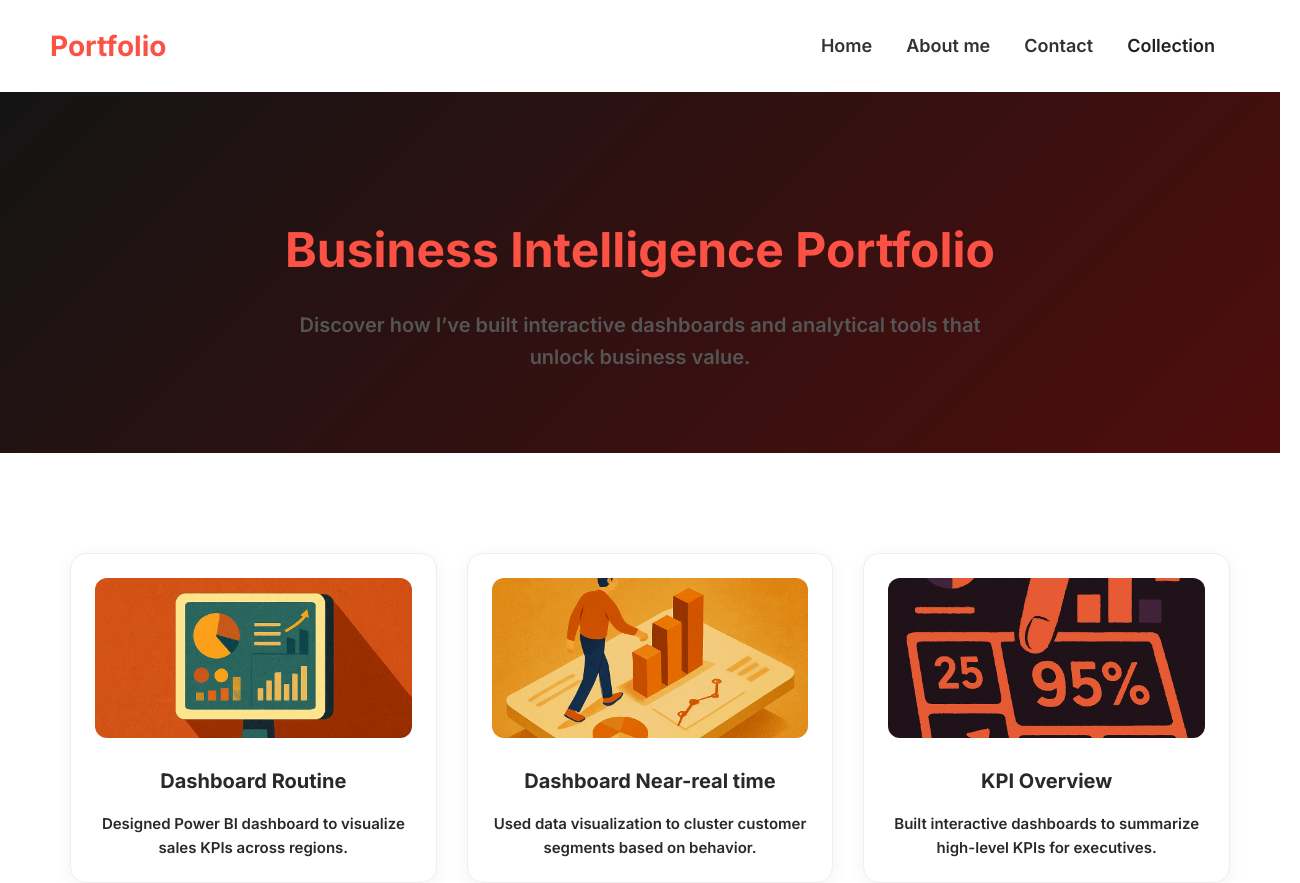
Repository: Wipas1919/Archive-portfolio
Page: projects/bi-solutions.html
The author's editor kept a copy of each file at every save. The page is drawn from the files as they stood at one save, then again after the next save.
The browser window is 1280 px wide. The page is 1300 px wide, so the pictures cover 1300 px, including what lies to the right of the window. The pictures show the whole page.

Above is the page before, as saved 2025-06-01 20:59:12.

### projects/bi-solutions.html
<!-- Cleaned and updated on 2025-05-25 -->
<!DOCTYPE html>
<html lang="en">
<head>
  <meta charset="UTF-8" />
  <meta name="viewport" content="width=device-width, initial-scale=1.0"/>
  <title>Business Intelligence | Portfolio</title>
  <link href="https://fonts.googleapis.com/css2?family=Inter:wght@600;700&display=swap" rel="stylesheet">
  <link rel="stylesheet" href="../style/main.css">
  <style>
    body {
      font-family: 'Inter', sans-serif;
    }
    .cover {
      background: linear-gradient(135deg, #141414, #4f0d0d);
      padding: 80px 20px;
      text-align: center;
    }
    .cover h1 {
      font-size: 48px;
      color: #fc5246;
      margin-bottom: 20px;
    }
    .cover p {
      font-size: 20px;
      color: #555;
      max-width: 700px;
      margin: 0 auto;
    }

    .project-cards h3 {
      text-align: center;
      font-size: 28px;
      margin-top: 60px;
      margin-bottom: 30px;
    }

    .card-grid {
      display: grid;
      grid-template-columns: repeat(auto-fit, minmax(280px, 1fr));
      gap: 30px;
      padding: 0 20px;
    }

    .card {
      display: block;
      background: #fff;
      border-radius: 16px;
      box-shadow: 0 4px 20px rgba(0, 0, 0, 0.05);
      padding: 24px;
      text-align: center;
      transition: transform 0.3s;
      text-decoration: none !important;
      color: inherit !important;
      cursor: pointer;
    }

    .card:hover {
      transform: translateY(-5px);
    }

    .card img {
      width: 100%;
      height: 160px;
      object-fit: cover;
      border-radius: 12px;
      margin-bottom: 16px;
    }

    .card h4 {
      font-size: 20px;
      margin-bottom: 8px;
      color: #222;
    }

    .card p {
      color: #666;
      font-size: 15px;
    }

    /* Remove visited/hover/focus/active styles */
    .card:visited,
    .card:hover,
    .card:focus,
    .card:active,
    .card *,
    .card *:visited,
    .card *:hover,
    .card *:focus,
    .card *:active {
      color: inherit !important;
      text-decoration: none !important;
    }

    .dropdown-wrapper {
      position: relative;
      display: inline-block;
    }

    .dropbtn {
      font-weight: 600;
      cursor: pointer;
      color: #222;
      text-decoration: none;
      margin-left: 15px;
    }

    .dropdown-content {
      display: none;
      position: absolute;
      top: 100%;
      right: 0;
      background-color: #ffffff;
      min-width: 220px;
      border-radius: 12px;
      box-shadow: 0 10px 25px rgba(0, 0, 0, 0.08);
      overflow: hidden;
      padding: 10px 0;
      z-index: 999;
    }

    .dropdown-wrapper:hover .dropdown-content {
      display: block;
    }

    .dropdown-content a {
      display: block;
      padding: 12px 20px;
      color: #222;
      text-decoration: none;
      font-size: 15px;
      transition: background-color 0.2s ease, color 0.2s ease;
    }

    .dropdown-content a:hover {
      background-color: #eaeaea;
      color: #fd3a2d;
    }
  </style>
</head>
<body>
  <div id="page-loader"><div class="spinner"></div></div>

  <header>
    <div class="container">
      <h1 class="logo" style="font-family: 'Inter', sans-serif; font-weight: 700; font-size: 28px; color: #fc5246;">Portfolio</h1>
      <nav class="nav-right">
        <a href="../index.html">Home</a>
        <a href="../index.html#about">About me</a>
        <a href="../index.html#contact">Contact</a>
        <div class="dropdown-wrapper">
          <a href="#" class="dropbtn">Collection</a>
          <div class="dropdown-content">
            <a href="data-engineer.html">Data Engineer</a>
            <a href="business-analysis.html">Business Analysis</a>
            <a href="bi-solutions.html">Business Intelligent</a>
            <a href="strategic-data.html">Data-Driven</a>
            <a href="cloud-cert.html">Certification</a>
            <a href="data-integration.html">Data Product</a>
          </div>
        </div>
      </nav>
    </div>
  </header>

  <!-- Cover / Hero Section -->
  <section class="cover">
    <h1>Business Intelligence Portfolio</h1>
    <p>Discover how I’ve built interactive dashboards and analytical tools that unlock business value.</p>
  </section>

  <!-- Project Cards Section -->
  <section class="project-cards container" id="project-cards">
    <div class="card-grid" id="card-container"></div>
  </section>

  <script>
    const cardsContainer = document.getElementById("card-container");
    const projectId = "bi-solutions";

    fetch("../data/projects.json")
      .then(res => res.json())
      .then(data => {
        const p = data[projectId];
        if (!p || !p.projects?.length) {
          cardsContainer.innerHTML = "<p>No projects found.</p>";
          return;
        }
        cardsContainer.innerHTML = p.projects.map(proj => `
          <a href="project.html?id=${proj.slug}" class="card">
            <img src="${proj.image}" alt="${proj.title}" />
            <h4>${proj.title}</h4>
            <p>${proj.description}</p>
          </a>
        `).join("");
      })
      .catch(err => {
        cardsContainer.innerHTML = "<p>Error loading data.</p>";
        console.error(err);
      });
  </script>
</body>
</html>

### style/main.css
/* ตั้งค่าพื้นฐาน */
body {
  margin: 0;
  font-family: 'Poppins', sans-serif;
  background: #ffffff;
  color: #292929;
  line-height: 1.6;
  scroll-behavior: smooth;
  user-select: none;
  -webkit-user-select: none;
  -ms-user-select: none;
}

img {
  max-width: 100%;
  height: auto;
  display: block;
}

.container {
  width: 100%;
  max-width: 1200px;
  margin: 0 auto;
  padding: 0 50px; /* เพิ่ม padding ด้านข้าง */
}

@media screen and (max-width: 767px) {
  .container { padding: 0 16px; }
  .hero h2 { font-size: 36px; }
  .hero p { font-size: 18px; }
  .card-grid { grid-template-columns: 1fr; }
  nav a { font-size: 14px; }
  .hero-content { flex-direction: column; }
  .about-image img { width: 100%; }
}

@media screen and (min-width: 768px) and (max-width: 1024px) {
  .hero h2 { font-size: 48px; }
  .card-grid { grid-template-columns: repeat(2, 1fr); }
}

@media screen and (max-width: 480px) {
  h2, .section-title { font-size: 28px; }
  .hero h2 { font-size: 28px; }
  .hero p, .section-description, .about-text p, .card p { font-size: 16px; }
  .btn { padding: 10px 20px; font-size: 16px; }
}

/* Navbar */
header {
  background: #fff;
  padding: 5px 0;
  display: flex;
  justify-content: space-between;
  align-items: center;
  border-bottom: 0px solid #eee;
  position: sticky;
  top: 0;
  z-index: 100;
}

header .container {
  display: flex;
  align-items: center;
  justify-content: space-between;
}

.logo {
  font-family: 'Poppins', serif;
  font-size: 30px;
  color: #fc5246;
}

nav a {
  margin: 0 15px;
  color: #333;
  text-decoration: none;
  font-weight: 600;
  font-size: 18px;
}

nav a:hover {
  color: #fd3a2d;
}

/* ปุ่มหลักของเมนู dropdown */
.dropdown-wrapper {
  position: relative;
  display: inline-block;
}

.dropbtn {
  font-weight: 600;
  cursor: pointer;
  color: #222;
  transition: color 0.3s ease;
}

.dropbtn:hover {
  color: #fd3a2d;
}

/* เมนูที่แสดงเมื่อ hover */
.dropdown-content {
  display: none;
  position: absolute;
  top: 100%;
  right: 0;
  background-color: #ffffff;
  min-width: 220px;
  border-radius: 12px;
  box-shadow: 0 10px 25px rgba(0, 0, 0, 0.08);
  overflow: hidden;
  padding: 10px 0;
  z-index: 999;
}

/* แสดงเมื่อ hover */
.dropdown-wrapper:hover .dropdown-content {
  display: block;
}

/* ลิงก์ใน dropdown */
.dropdown-content a {
  display: block;
  padding: 12px 20px;
  color: #222;
  text-decoration: none;
  font-size: 15px;
  transition: background-color 0.2s ease, color 0.2s ease;
}

/* Hover effect ของลิงก์ */
.dropdown-content a:hover {
  background-color: #eaeaea;
  color: #fd3a2d;
}

.hero-animation {
  margin-top: 10px;
  display: flex;
  justify-content: right;
}

/* Hero Section */
.hero {
  position: relative;
  height: 60vh;
  display: flex;
  align-items: center;
  justify-content: center;
  flex-direction: column;
  text-align: center;
  background: #151515;
  color: #ededed;
}

#hero-background {
  position: absolute;
  top: 0;
  left: 0;
  width: 100%;
  height: 100%;
  z-index: 0;
}

.hero-content {
  position: relative;
  z-index: 1;
  width: 100%;
  max-width: 1200px;
  padding-left: 5vw;
  padding-right: 5vw;
  text-align: left;
  align-items: flex-start;
}

.hero h2 {
  font-size: 60px;
  margin-bottom: 10px;
  line-height: 1.2;
  color: #ffffff;
}

.hero p {
  font-size: 30px;
  margin-bottom: 30px;
  color: #ffffff;
}

.btn, .hero .btn {
  display: inline-block;
  background: #fd3a2d;
  color: #fff;
  padding: 14px 36px;
  border-radius: 30px;
  text-decoration: none;
  font-weight: bold;
  font-size: 18px;
  transition: background 0.3s;
}

.btn:hover, .hero .btn:hover {
  background: #252525;
}

/* Sections */
section {
  padding: 100px 0;
  text-align: center;
}

/* About Section */
.about-grid {
  display: flex;
  align-items: center;
  justify-content: center;
  gap: 50px;
  flex-wrap: wrap;
}

.about-image img {
  width: 500px;
  height: auto;
  object-fit: cover;
  border-top-left-radius: 0;
  border-top-right-radius: 0;
  border-bottom-left-radius: 200px;
  border-bottom-right-radius: 200px;
}

.about-text {
  max-width: 500px;
  text-align: left;
}

.about-text h2 {
  margin-bottom: 20px;
}

.about-text p {
  font-size: 18px;
  color: #666;
}

/* Timeline */
.timeline-item {
  position: relative;
  margin-bottom: 30px;
}

.timeline-dot {
  width: 14px;
  height: 14px;
  background-color: #fd3a2d;
  border-radius: 50%;
  position: absolute;
  left: -8px;
  top: 0;
}

.timeline-content {
  margin-left: 20px;
}

.timeline-content h4 {
  margin: 0;
  font-size: 18px;
  color: #333;
  font-weight: 600;
}

.timeline-content p {
  margin: 5px 0 0;
  font-size: 16px;
  color: #666;
}

/* Projects Section */
#projects {
  margin-bottom: 10px;
}

.card-grid {
  display: grid;
  grid-template-columns: repeat(3, 1fr); /* สำคัญ: 3 คอลัมน์ */
  gap: 20px;
  margin-top: 100px;
}


.card {
  background: #ffffff;
  padding: 30px;
  border-radius: 12px;
  max-height: 280px;
  text-align: center;
  transition: box-shadow 0.3s;
  border: 1px solid #eee;
}

.card:hover {
  box-shadow: 0 8px 20px rgba(0, 0, 0, 0.1);
}

.card-icon img {
  width: 40px;
  height: 40px;
  margin-bottom: 20px;
}

.card h3 {
  font-size: 18px;
  margin-bottom: 15px;
  color: #333;
}

.card p {
  font-size: 16px;
  color: #666;
}

/* Contact Section */
.contact {
  background: rgba(255, 255, 255, 0.5); /* 1 = โปร่งแสง 50% */
  text-align: center;
}

.section-subtitle {
  text-transform: uppercase;
  font-size: 18px;
  letter-spacing: 1.5px;
  color: #4e4e4e;
  margin-bottom: 10px;
}

h2 {
  font-size: 36px;
  color: #292929
}


.section-title {
  font-size: 36px;
  margin-bottom: 10px;
  color: #2e2e2e;
}

.section-description {
  font-size: 18px;
  margin-bottom: 40px;
  color: #4e4e4e;
}

.contact-grid {
  display: grid;
  grid-template-columns: repeat(auto-fit, minmax(280px, 1fr));
  gap: 20px;
  margin-top: 40px;
}

.contact-card.glass {
  background: rgba(255, 255, 255, 0.15);
  backdrop-filter: blur(12px);
  -webkit-backdrop-filter: blur(12px);
  border-radius: 20px;
  padding: 24px;
  border: 1px solid rgba(255, 255, 255, 0.3);
  box-shadow: 0 8px 32px rgba(0, 0, 0, 0.1);
  transition: transform 0.3s ease, box-shadow 0.3s ease;
  text-align: center;
}

.contact-card.glass:hover {
  transform: scale(1.05);
  box-shadow: 0 12px 28px rgba(0, 0, 0, 0.15);
}

.contact-icon {
  display: flex;
  flex-direction: column;
  align-items: center;
  justify-content: center; /* 🔥 เพิ่มบรรทัดนี้เพื่อจัดไอคอนแนวดิ่ง */
  height: 100px; /* ✅ ปรับความสูงให้เหมาะสม */
  margin-bottom: 12px;
}


.contact-icon img {
  width: 48px;
  height: 48px;
  margin-bottom: 12px;
  transition: transform 0.3s ease;
}

.contact-card.glass:hover .contact-icon img {
  transform: scale(1.15);
}

/* Footer */
footer {
  background: #f5f5f5;
  padding: 20px 0;
  font-size: 14px;
  color: #4d4d4d;
}

.footer-container {
  display: flex;
  justify-content: space-between;
  align-items: center;
  flex-wrap: wrap;
}

.social-links {
  display: flex;
  gap: 20px;
}

.social-links a img {
  width: 30px;
  height: 30px;
  transition: transform 0.3s ease;
}

.social-links a img:hover {
  transform: scale(1.2);
}

#hero-background {
  position: absolute;
  top: 0;
  left: 0;
  height: 100%;
  width: 100%;
  z-index: 0;
  overflow: hidden;
}
.hero-content {
  position: relative;
  z-index: 1;
}

/* animation-data */
.hero-content {
  display: flex;
  justify-content: space-between;
  align-items: center;
  flex-wrap: wrap;
  gap: 40px;
}

.hero-text {
  flex: 1 1 55%;
}

.hero-animation {
  flex: 1 1 40%;
  display: flex;
  justify-content: center;
  align-items: center;
}

/* ===== Page Loader & Smooth Scroll ===== */
html{scroll-behavior:smooth;}

#page-loader{
  position:fixed;inset:0;display:grid;place-items:center;
  background:#ffffff;z-index:9999;opacity:1;
  transition:opacity .0.5s ease;
}
#page-loader .spinner{
  width:32px;height:32px;border:4px solid #e5e5e5;
  border-top-color:#ff694b;border-radius:50%;
  animation:spin .8s linear infinite;
}
@keyframes spin{to{transform:rotate(360deg)}}

body.loaded #page-loader{opacity:0;pointer-events:none;}
body.fade-out{opacity:0;transition:opacity .0.5s ease;}

@keyframes hideLoaderFallback{to{opacity:0;pointer-events:none;}}
#page-loader{animation:hideLoaderFallback 0.5s forwards 0.5s;}



/* ====  Reusable Card Component  ================================== */
.card {
  background: #ffffff;
  border: 1px solid #eee;
  border-radius: 12px;
  padding: 24px;
  text-align: center;
  box-shadow: 0 4px 12px rgba(0,0,0,.05);
  transition: transform .3s ease, box-shadow .3s ease;
}
.card:hover {
  transform: translateY(-6px);
  box-shadow: 0 12px 25px rgba(0,0,0,.1);
}

.card__icon{
  display:flex;
  flex-direction:column;
  align-items:center;
  justify-content:center;
  height:100px;
  margin-bottom:12px;
}
.card__icon img{
  width:48px;
  height:48px;
  transition: transform .3s ease;
}
.card:hover .card__icon img{
  transform:scale(1.15);
}

/* Variant – project card (clickable) */
.card--project{cursor:pointer;}

/* Variant – glassmorphism contact card */
.card--glass{
  background: rgba(255,255,255,.15);
  backdrop-filter: blur(12px);
  -webkit-backdrop-filter: blur(12px);
  border: 1px solid rgba(255,255,255,.3);
  box-shadow: 0 8px 32px rgba(0,0,0,.1);
}

/* Grids */

.card-grid--contact{
  display:grid;
  grid-template-columns: repeat(auto-fit,minmax(280px,1fr));
  gap:20px;
  margin-top:40px;
}

/* Remove legacy duplicate styles */
.contact-card, .contact-card.glass, .glass-card{
}/* project */

.project-blog {
  max-width: 800px;
  margin: 80px auto;
  padding: 0 20px;
  font-family: 'Inter', sans-serif;
}

.project-blog h1 {
  font-size: 36px;
  font-weight: 700;
  margin-bottom: 20px;
  text-align: center;
  color: #222;
}

.project-blog .tag {
  display: inline-block;
  background: #eeeeee;
  color: #333;
  padding: 6px 12px;
  margin: 0 8px 20px 0;
  border-radius: 20px;
  font-size: 14px;
}

.project-blog p {
  font-size: 18px;
  color: #444;
  line-height: 1.7;
  margin-bottom: 24px;
}

.project-blog img {
  width: 100%;
  border-radius: 10px;
  margin: 30px 0;
  box-shadow: 0 8px 30px rgba(0,0,0,0.08);
}

/* button */
.back-float-btn {
  position: fixed;
  bottom: 30px;
  left: 50%;
  transform: translateX(-50%);
  background-color: #fc5246;
  color: white;
  padding: 10px 24px;
  font-size: 14px;
  border-radius: 30px;
  box-shadow: 0 4px 16px rgba(0, 0, 0, 0.1);
  cursor: pointer;
  z-index: 9999;
  text-align: center;
  font-family: 'Inter', sans-serif;
  transition: background 0.3s ease;
  width: auto;       /* ปรับให้ขนาดพอดีกับเนื้อหา */
  max-width: 200px;  /* จำกัดไม่ให้ปุ่มกว้างเกินไป */
}

.back-float-btn:hover {
  background-color: #e6483c;
}

@media (max-width: 768px) {
  .back-float-btn {
    padding: 9px 18px;
    font-size: 13px;
    bottom: 20px;
  }
/* ===== FINAL OVERRIDE ===== */
.contact-card a {
  color: inherit !important;
  text-decoration: none !important;
}

.contact-card a:visited {
  color: inherit !important;
  text-decoration: none !important;
}

.contact-card a:hover,
.contact-card a:focus,
.contact-card a:active {
  color: inherit !important;
  text-decoration: none !important;
}

/* ===== Card grid (Projects) enforce 3-column on desktop ===== */
@media (min-width: 1024px){
  .card-grid--projects{
    grid-template-columns: repeat(3, 1fr);
  }
}
/* 2 columns on tablets */
@media (min-width: 640px) and (max-width: 1023px){
  .card-grid--projects{
    grid-template-columns: repeat(2, 1fr);
  }
}
/* 1 column on small screens (default) */
}

/* ===== DESKTOP-ONLY MODE (CSS BLOCK) =====
   Hide entire site below 1024px width and show full-screen notice
--------------------------------------------------------------- */
@media (hover: none) and (pointer: coarse){
  /* Hide all real content */
  body > * { display: none !important; }

  /* Full-screen notice */
  body::before{
    content: "This site is designed for desktop browsers only.\A Please visit on a larger screen.";
    white-space: pre-line;
    position: fixed;
    inset: 0;
    background: #ffffff;
    color: #000000;
    padding: 40px 24px;
    display: flex;
    align-items: center;
    justify-content: center;
    font-family: "Poppins", sans-serif;
    font-size: 18px;
    line-height: 1.4;
    text-align: center;
    z-index: 99999;
  }

  /* Prevent horizontal scroll */
  html, body{ overflow: hidden; }
}

.project-blog strong {
  font-size: 1.4em;   /* 110 % ของขนาดปกติในย่อหน้านั้น */
  font-weight: 800;
}

### data/projects.json
{
  "data-engineer": {
    "projects": [
      {
        "title": "End-to-End Data Engineering Journey",
        "slug": "End-to-End Data Engineering Journey",
        "description": "Full-stack ETL pipeline implementation",
        "image": "/images/data-engineers.jpg"
      },
      {
        "title": "End-to-End Data Infrastructure Planning",
        "slug": "End-to-End Data Infrastructure Planning",
        "description": "Process Design Fundamental",
        "image": "/images/data-foundamatal.jpg"
      },
      {
        "title": "Data Governance",
        "slug": "Data Governance",
        "description": "Designing and implementing a hybrid data governance framework",
        "image": "/images/data-governance.jpg"
      }
    ]
  },
  "business-analysis": {
    "title": "Business Analysis",
    "description": "Transform data into insights for decision-making.",
    "image": "../images/ba.svg",
    "overview": "Analyzed survey and operational data to support marketing strategy.",
    "contributions": [
      "Designed data collection forms",
      "Used SQL & Power BI for analysis",
      "Presented insights to leadership"
    ],
    "tools": [
      "Excel",
      "SQL",
      "Power BI",
      "Survey Analysis"
    ],
    "impact": "Helped increase campaign engagement by 30%",
    "projects": [
      {
        "title": "post-event analysis",
        "slug": "post-event analysis",
        "description": "Built interactive dashboards to monitor sentiment trends.",
        "image": "/images/post-event.png"
      },
      {
        "title": "New insights are cooking",
        "slug": "campaign-performance-analysis",
        "description": "preparing something worth the wait.",
        "image": "/images/upcoming-cover.png"
      },
      {
        "title": "New insights are cooking",
        "slug": "operational-kpi-tracking",
        "description": "preparing something worth the wait.",
        "image": "/images/upcoming-cover.png"
      }
    ]
  },
  "bi-solutions": {
    "title": "Business Intelligent",
    "projects": [
      {
        "title": "Dashboard Routine",
        "description": "Designed Power BI dashboard to visualize sales KPIs across regions.",
        "image": "/images/bi-routine-1.png",
        "slug": "bi-sales-performance"
      },
      {
        "title": "Dashboard Near-real time",
        "description": "Used data visualization to cluster customer segments based on behavior.",
        "image": "/images/bi-routine-2.png",
        "slug": "bi-customer-segmentation"
      },
      {
        "title": "KPI Overview",
        "description": "Built interactive dashboards to summarize high-level KPIs for executives.",
        "image": "/images/bi-routine-3.png",
        "slug": "bi-kpi-overview"
      }
    ]
  },
  "strategic-data": {
    "title": "Data-Driven",
    "projects": [
      {
        "title": "Assistant Speaker Trend Technoligies ",
        "description": "Developed a data-driven framework to analyze campaign performance across channels.",
        "image": "/images/bi-routine-4.jpg",
        "slug": "marketing-insight-framework"
      },
      {
        "title": "Power BI Training",
        "description": "Created visualizations from IoT sensor data to optimize event space usage.",
        "image": "/images/bi-routine-5.jpg",
        "slug": "event-analytics-dashboard"
      },
      {
        "title": "Coming Soon!",
        "description": "Designed end-to-end system for converting analytics into automated decisions.",
        "image": "/images/upcoming-cover.png",
        "slug": "decision-intelligence-system"
      }
    ]
  },
  "data-integration": {
    "title": "Data Product",
    "projects": [
      {
        "title": "Chat AI for web-event",
        "description": "Built backend pipeline to integrate chatbot logs into Datamart for insights.",
        "image": "/images/bi-routine-6.png",
        "slug": "chatbot-analytics-pipeline"
      },
      {
        "title": "Hr Recuddtor Macthing",
        "description": "Created dynamic reporting tool from MySQL and PostgreSQL for internal teams.",
        "image": "/images/upcoming-cover.png",
        "slug": "self-service-report-generator"
      },
      {
        "title": "Comming Soon!",
        "description": "Aggregated customer voice data into a single source for product decisions.",
        "image": "/images/upcoming-cover.png",
        "slug": "customer-feedback-hub"
      }
    ]
  },
  "cloud-cert": {
  "title": "Certification",
  "projects": [
    {
      "title": "Comming Soon!",
      "description": "Demonstrated foundational knowledge of GCP services and architecture.",
      "image": "/images/upcoming-cover.png",
      "slug": "gcp-certification"
    },
    {
      "title": "Comming Soon!",
      "description": "Comming Soon!",
      "image": "/images/upcoming-cover.png",
      "slug": "aws-certification"
    },
    {
      "title": "Comming Soon!",
      "description": "Comming Soon!",
      "image": "/images/upcoming-cover.png",
      "slug": "azure-certification"
    }
  ]
}
}

After the next save:
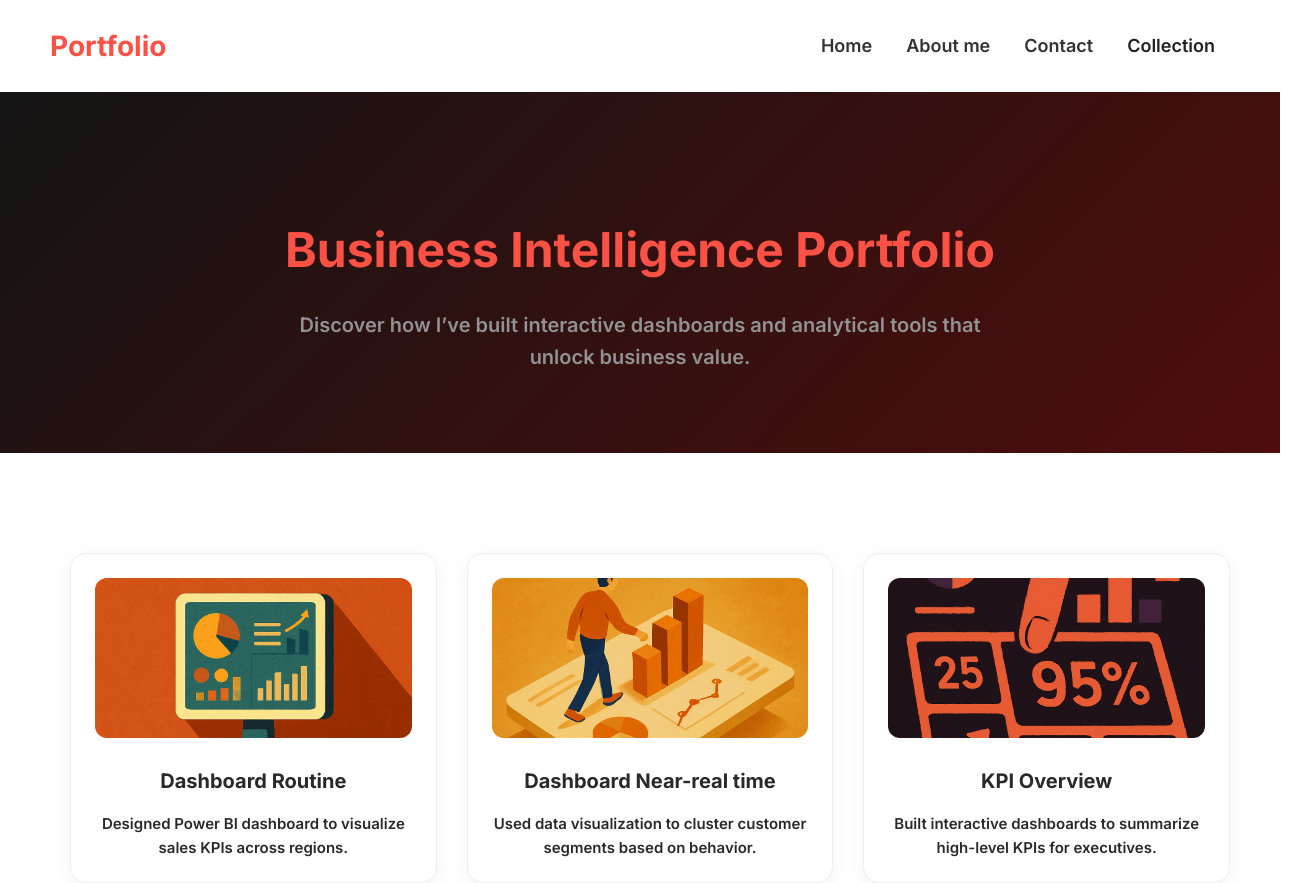
Saved 32 s later.
--- a/projects/bi-solutions.html
+++ b/projects/bi-solutions.html
@@ -23,7 +23,7 @@
     }
     .cover p {
       font-size: 20px;
-      color: #555;
+      color: #929292;
       max-width: 700px;
       margin: 0 auto;
     }
